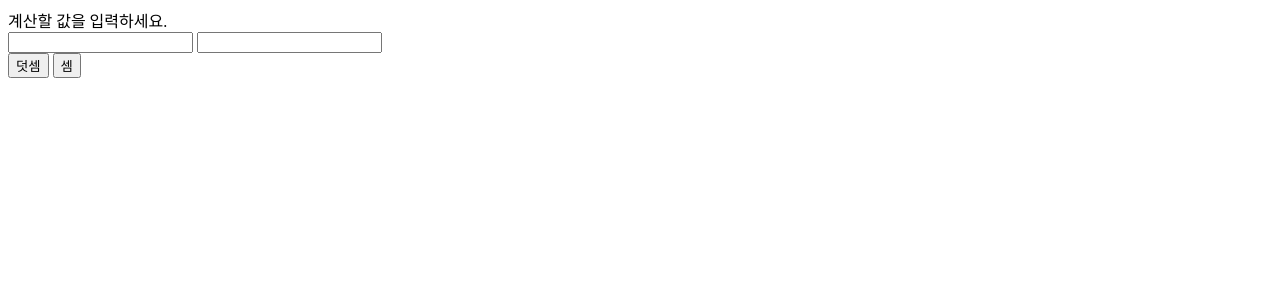
Repository: odreeblue/Study_ServletJSP
Page: jsp/workspace/JSPPrj/src/main/webapp/calc.html
These files come from the project's save history. The page is drawn as it stood at one moment and after the next save; the edit follows.
The browser window is 1280 px wide. The pictures show the whole page.

Above is the page before, as saved 2023-02-05 14:53:42.

### jsp/workspace/JSPPrj/src/main/webapp/calc.html
<!DOCTYPE html>
<html>
<head>
<meta charset="UTF-8">
<title>Insert title here</title>
</head>
<body>
	<div>
		<form action="add" method="post">
			<div>계산할 값을 입력하세요.</div>
			<div>
				<input type="text" name="x">
				<input type="text" name="y">
			</div>
			<div>
				<input type="submit" value="덧셈">
				<input type="submit" value="셈">
			</div>

		</form>
	</div>

</body>
</html>

After the next save:
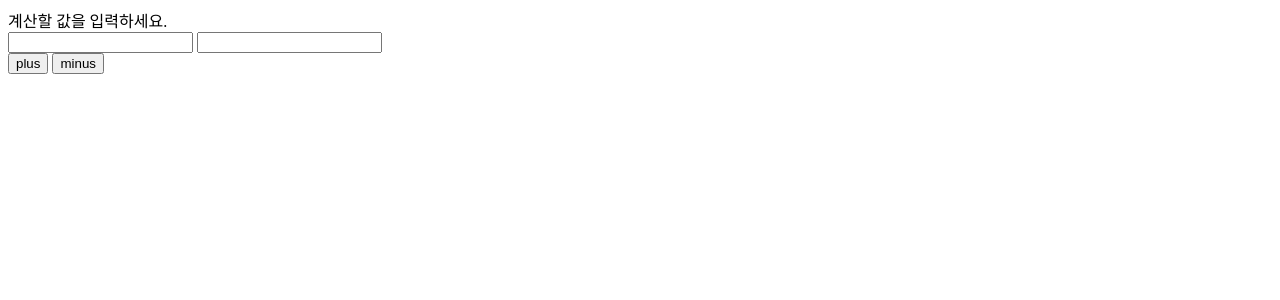
Saved 48 s later.
--- a/jsp/workspace/JSPPrj/src/main/webapp/calc.html
+++ b/jsp/workspace/JSPPrj/src/main/webapp/calc.html
@@ -13,8 +13,8 @@
 				<input type="text" name="y">
 			</div>
 			<div>
-				<input type="submit" value="덧셈">
-				<input type="submit" value="셈">
+				<input type="submit" value="plus">
+				<input type="submit" value="minus">
 			</div>
 
 		</form>
